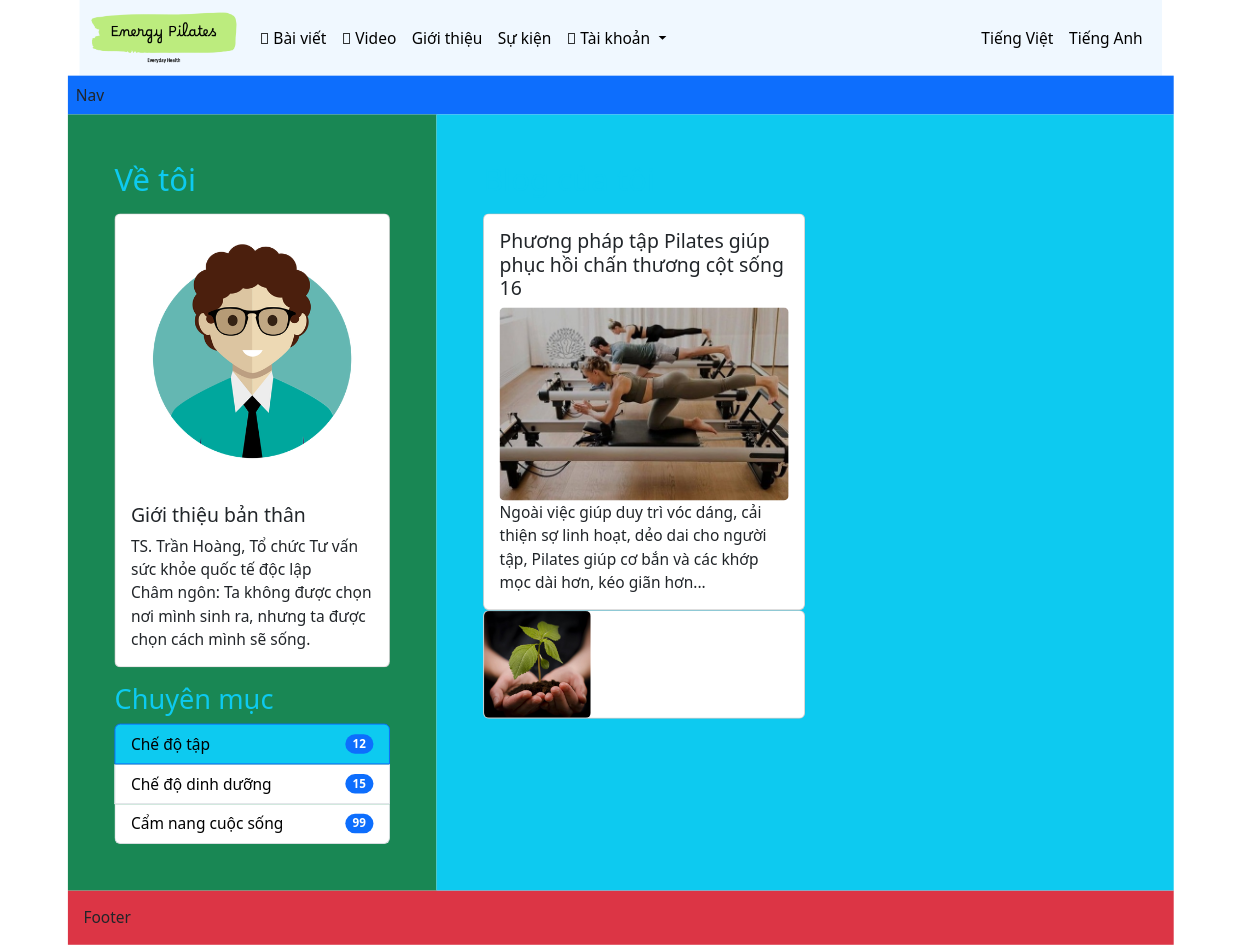
Repository: KizukoHeiwa/SOF308
Page: Lab1/index.html
These files come from the project's save history. The page is drawn as it stood at one moment and after the next save; the edit follows.
The browser window is 1280 px wide. The pictures show the whole page, at 97% of full size.

Above is the page before, as saved 2024-10-31 10:30:21.

### Lab1/index.html
<!DOCTYPE html>
<html lang="en">
<head>
    <meta charset="UTF-8">
    <meta name="viewport" content="width=device-width, initial-scale=1.0">
    <title>FPT Polytechnic</title>
    <link href="https://cdn.jsdelivr.net/npm/bootstrap@5.3.3/dist/css/bootstrap.min.css" rel="stylesheet" integrity="sha384-QWTKZyjpPEjISv5WaRU9OFeRpok6YctnYmDr5pNlyT2bRjXh0JMhjY6hW+ALEwIH" crossorigin="anonymous">
    <script src="https://cdn.jsdelivr.net/npm/bootstrap@5.3.3/dist/js/bootstrap.bundle.min.js" integrity="sha384-YvpcrYf0tY3lHB60NNkmXc5s9fDVZLESaAA55NDzOxhy9GkcIdslK1eN7N6jIeHz" crossorigin="anonymous"></script>
    <link rel="stylesheet" href="https://cdnjs.cloudflare.com/ajax/libs/font-awesome/4.7.0/css/font-awesome.min.css">
    <style>
        header{
            background-color: aliceblue;
            /* box-shadow: 1px 1px 2px 1px lightgray; */
        }
        .nav-link{
            color: black;
        }
        .nav-link:hover{
            color: green;
        }
        .navbar-nav .nav-link.active, .navbar-nav .nav-link.show {
            color: green;
        }
    </style>

</head>
<body>
    <div class="container">
        <header>
            <nav class="navbar navbar-expand-sm">
                <div class="container">
                    <a class="navbar-brand" href="#">
                        <img src="img/logo-energy-pilates.png" alt="" style="width: 150px;">
                    </a>
                    <div class="collapse navbar-collapse" id="collapsibleNavbar">
                        <ul class="navbar-nav me-auto">
                            <li class="nav-item">
                                <a class="nav-link" href="#"><i class="fa-solid fa-list"></i> Bài viết</a>
                            </li>
                            <li class="nav-item">
                                <a class="nav-link" href="#"><i class="fa-solid fa-film"></i> Video</a>
                            </li>
                            <li class="nav-item">
                                <a class="nav-link" href="#"><i class="fa-solid fa-circle-info"></i> Giới thiệu</a>
                            </li>
                            <li class="nav-item">
                                <a class="nav-link" href="#"><i class="fa-solid fa-calendar-days"></i> Sự kiện</a>
                            </li>
                            <li class="nav-item dropdown">
                                <a class="nav-link dropdown-toggle" href="#" role="button" data-bs-toggle="dropdown">
                                    <i class="fa-solid fa-user"></i> Tài khoản
                                </a>
                                <ul class="dropdown-menu">
                                    <li><a class="dropdown-item" href="#">Đăng nhập</a></li>
                                    <li><a class="dropdown-item" href="#">Quên mật khẩu</a></li>
                                    <li><a class="dropdown-item" href="#">Đăng ký thành viên</a></li>
                                </ul>
                            </li>
                        </ul>
                        <ul class="navbar-nav d-flex">
                            <li class="nav-item">
                                <a class="nav-link">Tiếng Việt</a>
                            </li>
                            <li class="nav-item">
                                <a class="nav-link">Tiếng Anh</a>
                            </li>
                        </ul>
                    </div>
                </div>
            </nav>
        </header>
        <nav class="row bg-primary p-2">Nav</nav>
        <section class="row">
            <aside class="col-sm-4 bg-success p-5">
                <div class="col-sm">
                    <h2 class="text-info mb-3">Về tôi</h2>
                    <div class="card mb-3">
                        <img src="img/avatar.png" class="card-img-top" alt="">
                        <div class="card-body">
                            <h5 class="card-title">Giới thiệu bản thân</h5>
                            <p class="card-text">TS. Trần Hoàng, Tổ chức Tư vấn sức khỏe quốc tế độc lập <br>
                                Châm ngôn: Ta không được chọn nơi mình sinh ra, nhưng ta được chọn cách mình sẽ sống.
                            </p>
                        </div>
                    </div>

                    <h3 class="text-info mt-2">Chuyên mục</h3>
                    <ul class="list-group">
                        <li class="list-group-item active bg-info d-flex justify-content-between align-items-center">
                            <a class="nav-link" href="#">Chế độ tập</a>
                            <span class="badge bg-primary rounded-pill">12</span>
                        </li>
                        <li class="list-group-item d-flex justify-content-between align-items-center">
                            <a class="nav-link" href="#">Chế độ dinh dưỡng</a>
                            <span class="badge bg-primary rounded-pill">15</span>
                        </li>
                        <li class="list-group-item d-flex justify-content-between align-items-center">
                            <a class="nav-link" href="#">Cẩm nang cuộc sống</a>
                            <span class="badge bg-primary rounded-pill">99</span>
                        </li>
                    </ul>
                    <!-- end Chuyên mục -->
                </div>
            </aside>
            <article class="col-sm-8 bg-info p-5">
                <div class="col-sm">
                    <h2 class="text-info mb-3">Blog của tôi</h2>
                    <div class="card col-sm-6">
                        <div class="card-body">
                            <h5 class="card-title">Phương pháp tập Pilates giúp phục hồi chấn thương cột sống <i class="fa-solid fa-message"></i> 16</h5>
                            <img src="img/tap-piltes.jpg" alt="" class="card-img">
                            <p class="card-text">Ngoài việc giúp duy trì vóc dáng, cải thiện sợ linh hoạt, dẻo dai cho người tập, Pilates giúp cơ bắn và các khớp mọc dài hơn, kéo giãn hơn...</p>
                        </div>
                    </div>
                    <div class="card col-sm-6">
                        <div class="col-4">
                            <img src="img/corevalue.jpg" alt="" class="card-img">
                        </div>
                    </div>
                </div>
            </article>
        </section>
        <footer class="row bg-danger p-3">Footer</footer>
    </div>
</body>
</html>

After the next save:
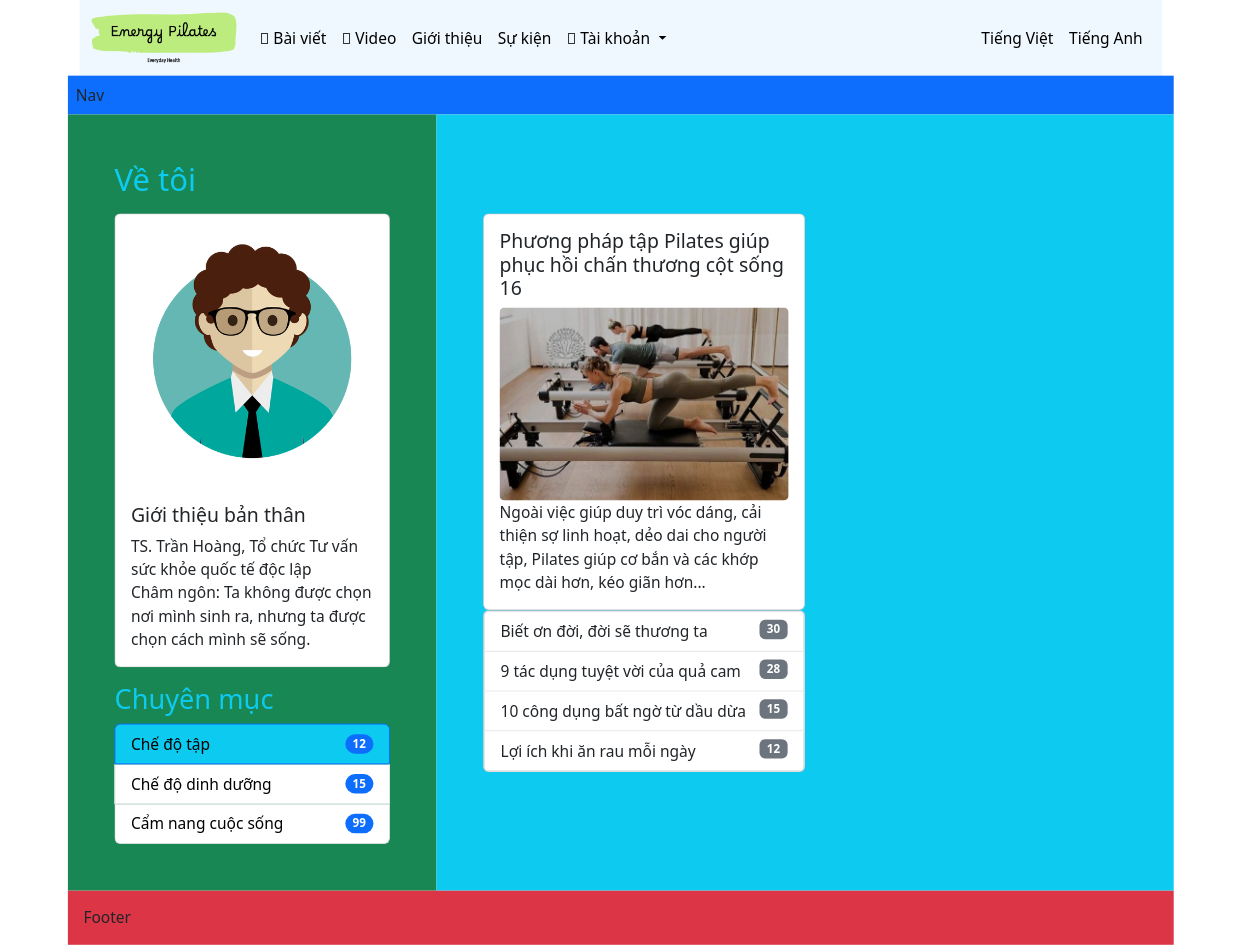
Saved 104 s later.
--- a/Lab1/index.html
+++ b/Lab1/index.html
@@ -113,9 +113,24 @@
                         </div>
                     </div>
                     <div class="card col-sm-6">
-                        <div class="col-4">
-                            <img src="img/corevalue.jpg" alt="" class="card-img">
-                        </div>
+                        <ul class="list-group">
+                            <li class="list-group-item d-flex justify-content-between align-items-start">
+                                Biết ơn đời, đời sẽ thương ta
+                                <span class="badge bg-secondary">30</span>
+                            </li>
+                            <li class="list-group-item d-flex justify-content-between align-items-start">
+                                9 tác dụng tuyệt vời của quả cam
+                                <span class="badge bg-secondary">28</span>
+                            </li>
+                            <li class="list-group-item d-flex justify-content-between align-items-start">
+                                10 công dụng bất ngờ từ dầu dừa
+                                <span class="badge bg-secondary">15</span>
+                            </li>
+                            <li class="list-group-item d-flex justify-content-between align-items-start">
+                                Lợi ích khi ăn rau mỗi ngày
+                                <span class="badge bg-secondary">12</span>
+                            </li>
+                        </ul>
                     </div>
                 </div>
             </article>
